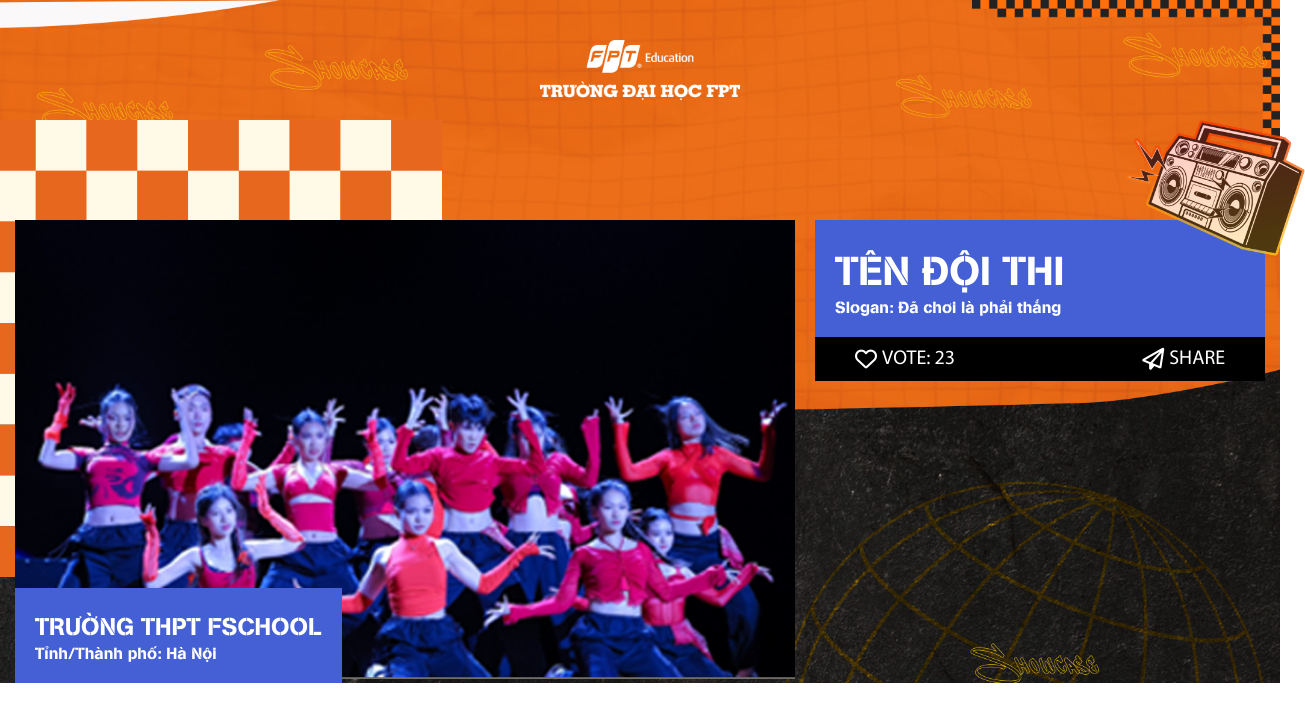
Repository: dinhtri123/hola_fpt
Page: detail.html
An editor plug-in stored every save of this project. The page is shown before and after the next save, followed by the edit.
The browser window is 1280 px wide. The page is 1305 px wide, so the pictures cover 1305 px, including what lies to the right of the window. The pictures show the whole page.

Above is the page before, as saved 2025-01-04 22:54:47.

After the next save:
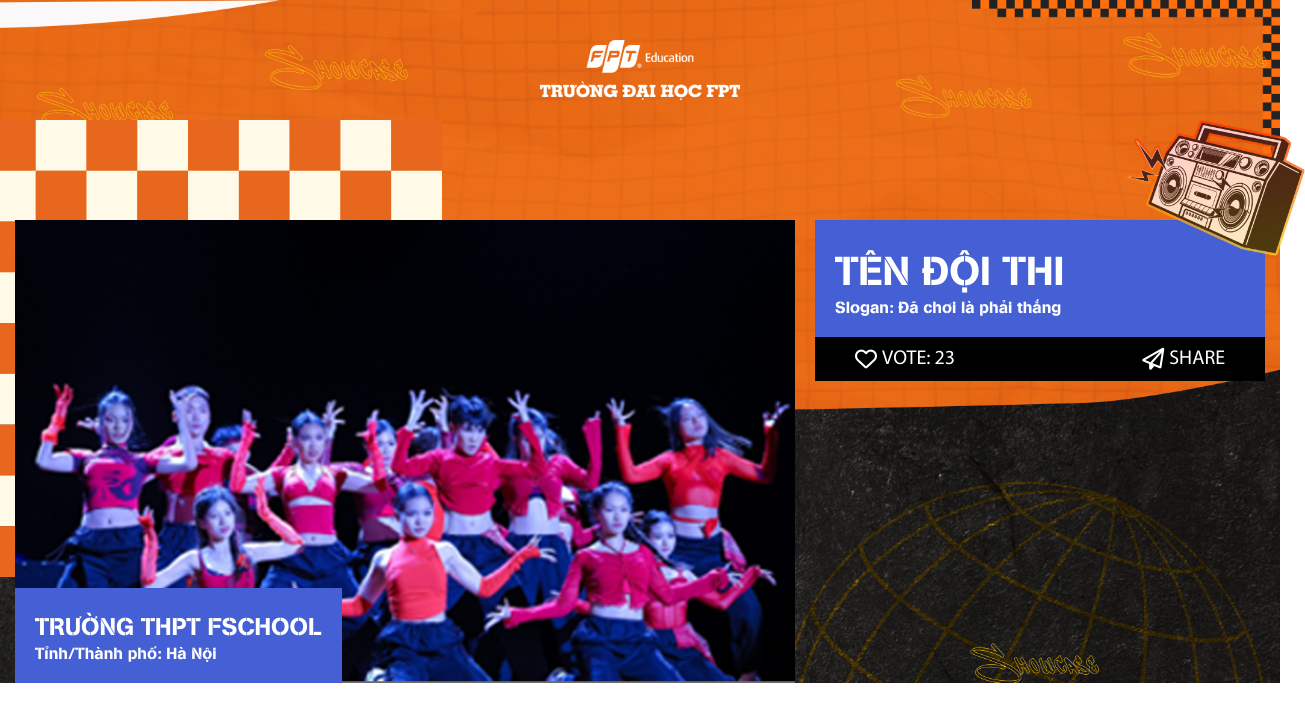
Saved 25 s later.
--- a/styles.css
+++ b/styles.css
@@ -427,7 +427,8 @@
   font-weight: 500;
   font-size: 24px;
 }
-.detail-top-left span p {
+.detail-top-left-img {
+  height: 100%;
 }
 
 @media screen and (max-width: 1280px) {
